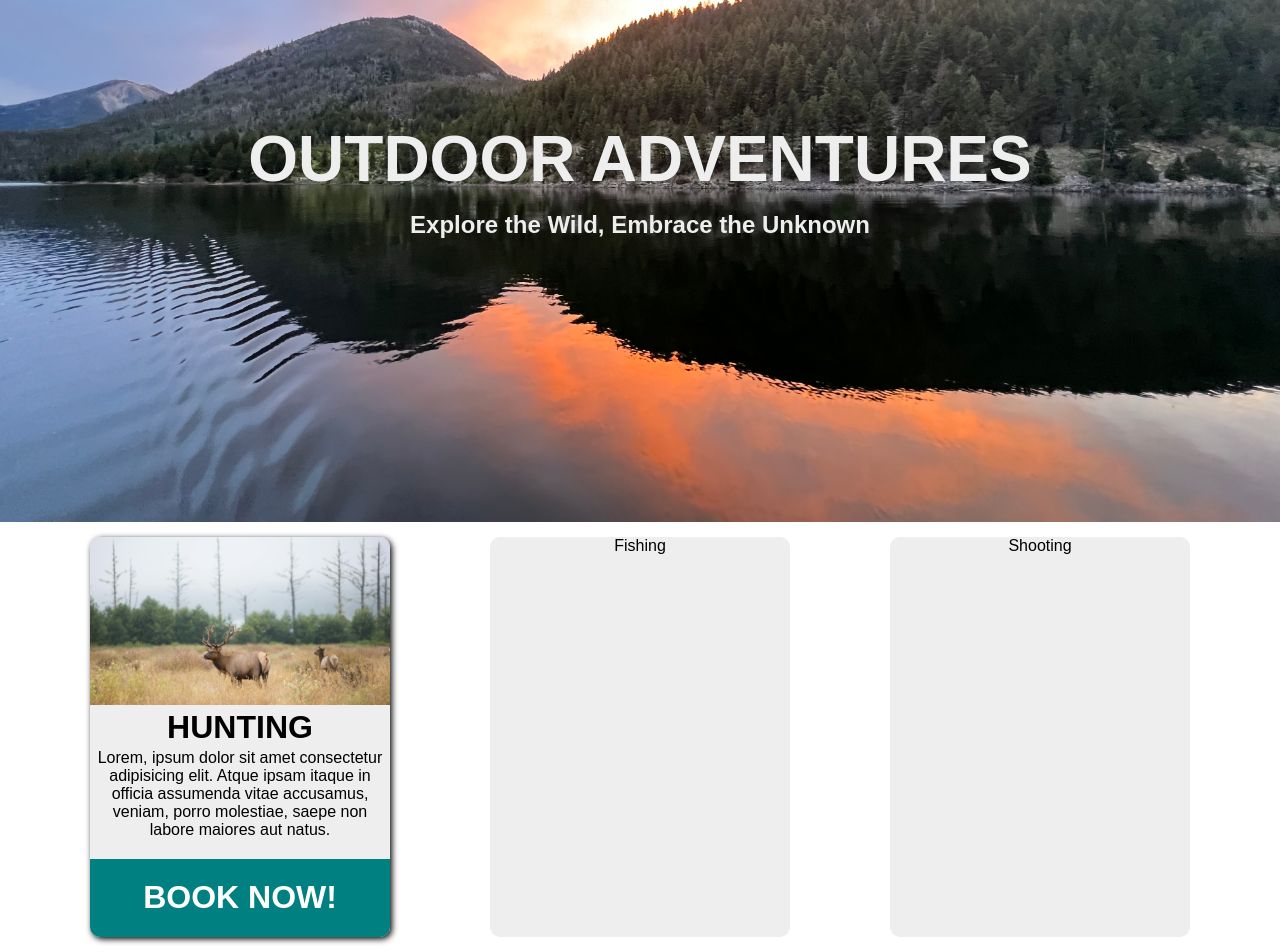
Repository: iforgotmylogin/WebDesignFinal
Page: index.html
The author's editor kept a copy of each file at every save. The page is drawn from the files as they stood at one save, then again after the next save.
The browser window is 1280 px wide. The pictures show the part of the page from y = 290 to 1242 px (the page is 1242 px tall).
A picture or video elsewhere on the page could not be fetched, so the positions and the page height are approximate.

Above is the page before, as saved 2024-04-07 18:45:13.

After the next save:
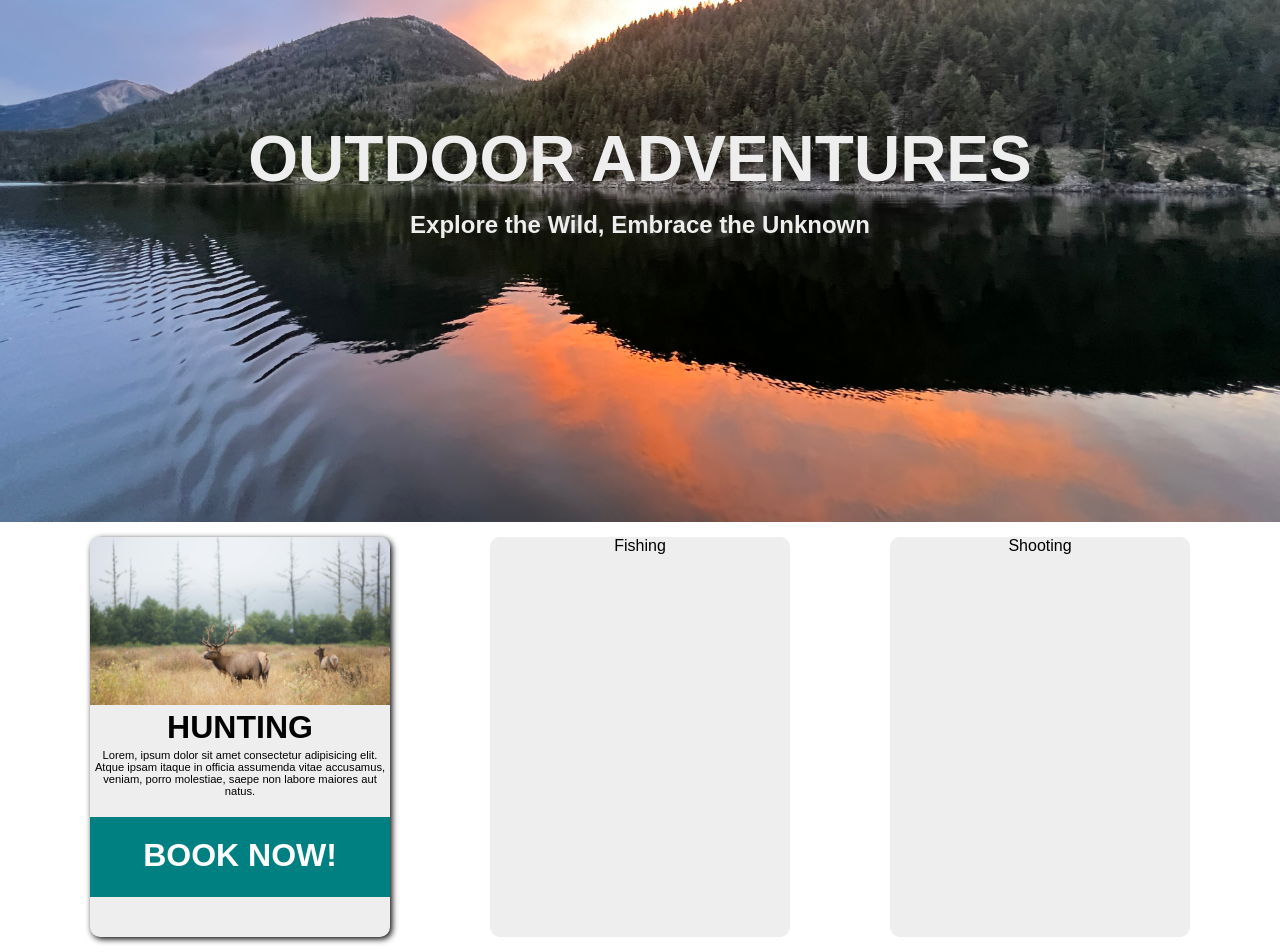
Saved 9 s later.
--- a/css/homepage.css
+++ b/css/homepage.css
@@ -40,7 +40,7 @@
 }
 .hunting p{
     padding-bottom: 20px;
-    font-size: 1em;
+    font-size: 0.7em;
 }
 .home-booking-button{
     padding-top: 15px;

After the save that followed:
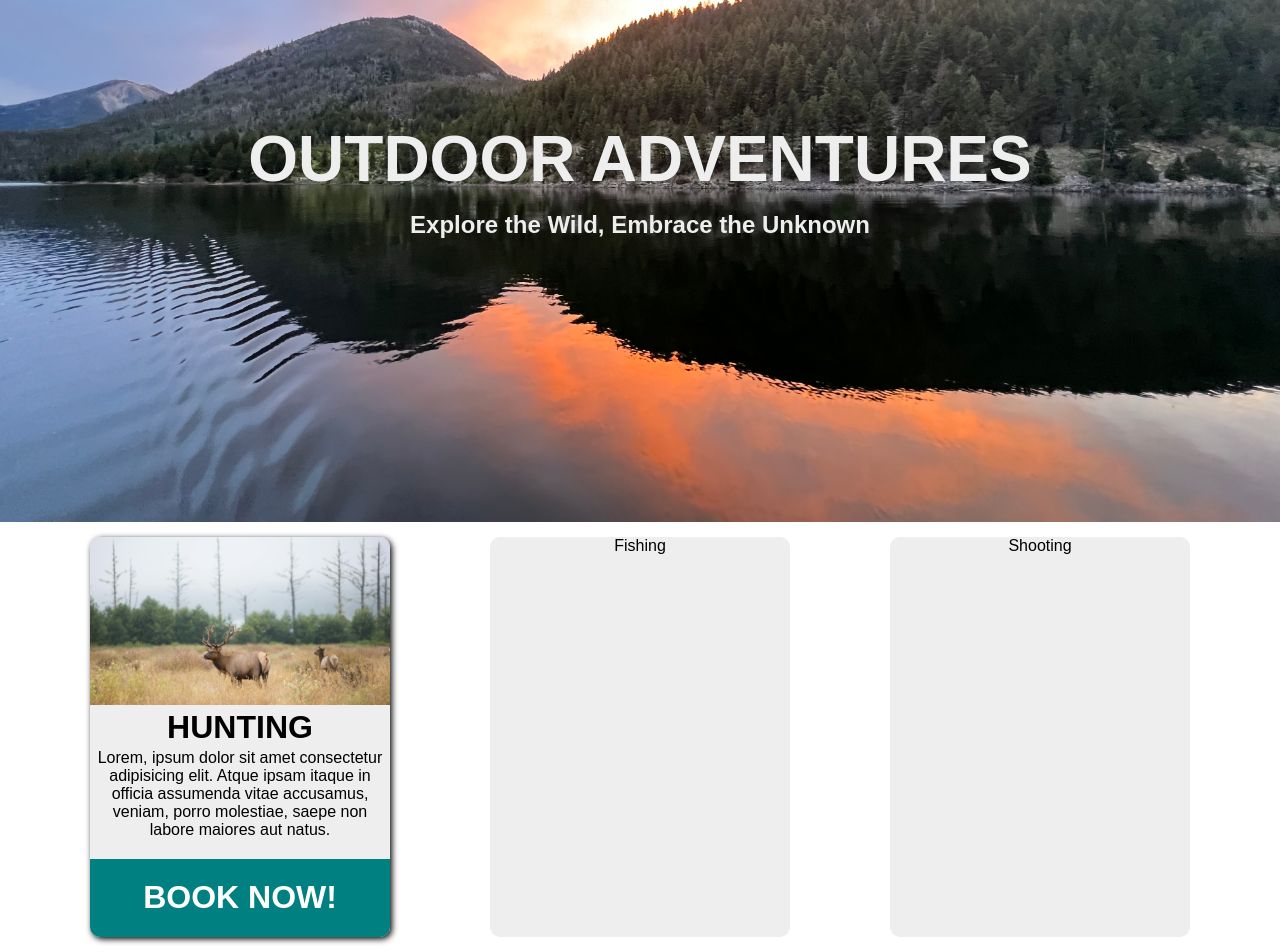
Saved 6 s later.
--- a/css/homepage.css
+++ b/css/homepage.css
@@ -40,7 +40,6 @@
 }
 .hunting p{
     padding-bottom: 20px;
-    font-size: 0.7em;
 }
 .home-booking-button{
     padding-top: 15px;
